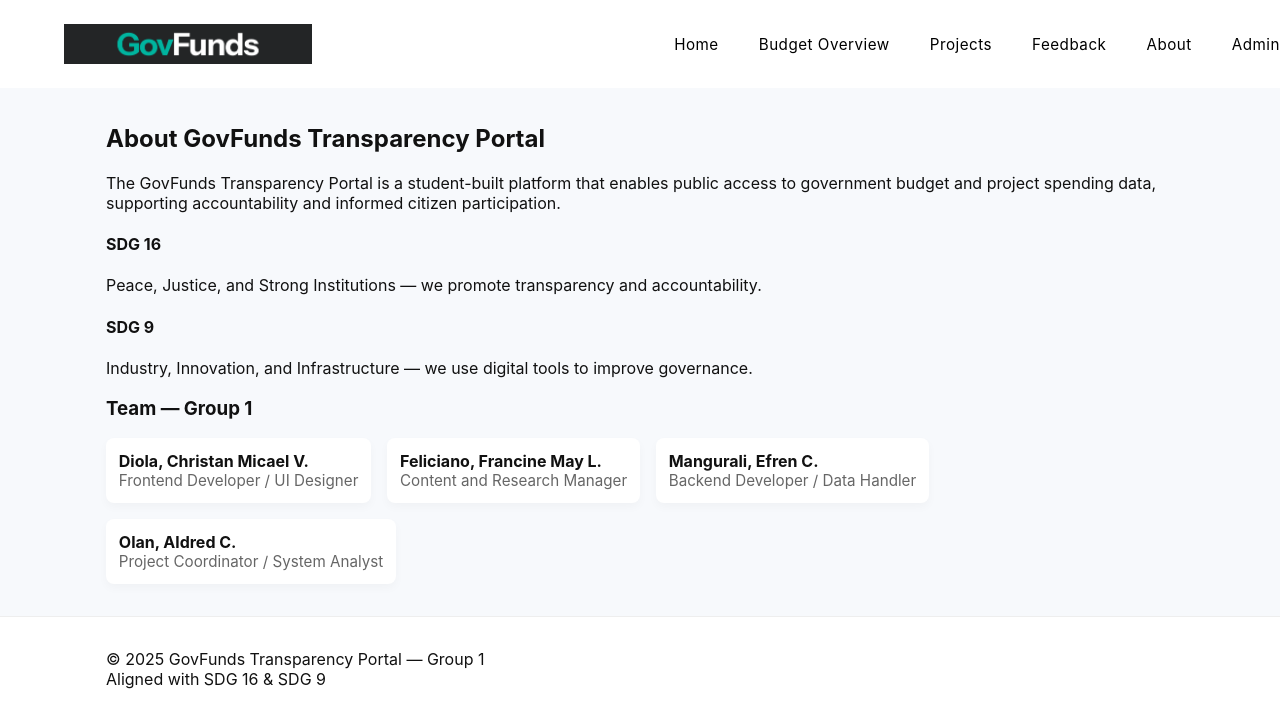
Repository: efren319/GovFunds
Page: http://localhost/about
These files come from the project's save history. The page is drawn as it stood at one moment and after the next save; the edit follows.
The browser window is 1280 px wide. The pictures show the whole page.
The page is served by the project's application, run on Flask 3 (app.py).

Above is the page before, as saved 2025-11-10 21:12:37.

After the next save:
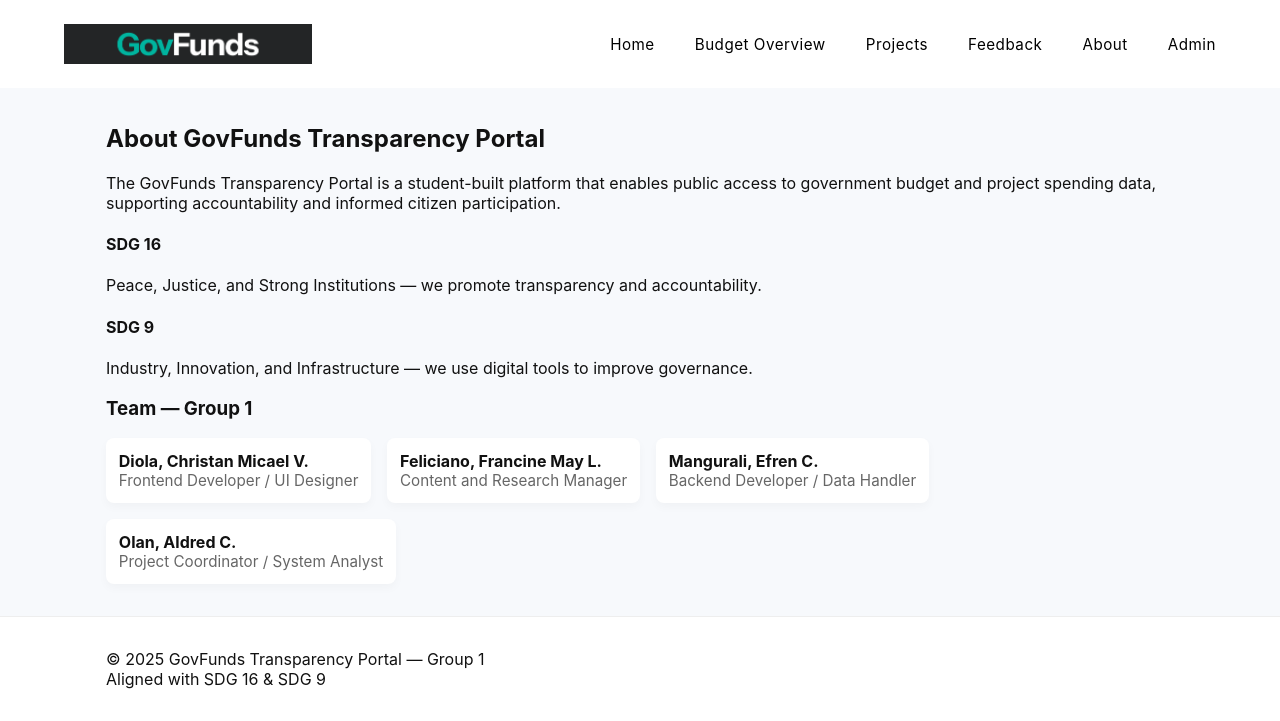
Saved 5 s later.
--- a/static/style.css
+++ b/static/style.css
@@ -60,6 +60,7 @@ body {
   justify-content: flex-end;
   align-items: center;
   flex: 1;
+  padding: 24px 64px 24px 2rem;
 }
 
 nav {
